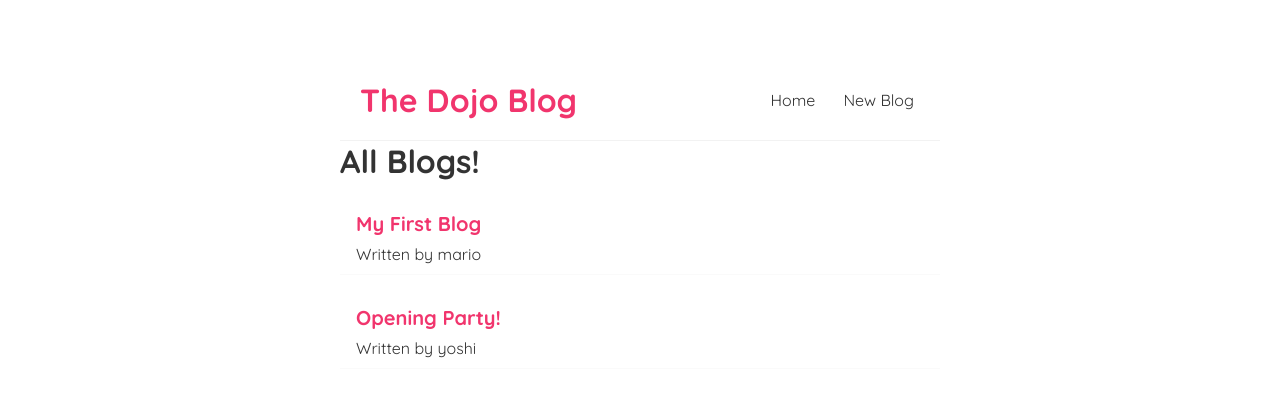
Repository: DESTINYAS/Reactjs
Page: /
An editor plug-in stored every save of this project. The page is shown before and after the next save, followed by the edit.
The browser window is 1280 px wide. The pictures show the whole page.
The page's requests for data from a server got no answer. The project was rebuilt for these pictures with package versions that can differ from the ones it lists, and the page was loaded fresh each time. No one was signed in, and anything a server would have sent is missing. Requests to the local data server were answered from the project's data file.

Above is the page before, as saved 2022-11-30 07:49:03.

### src/index.css
@import url("https://fonts.googleapis.com/css2?family=Quicksand:wght@300;400;500;600;700&display=swap");
/* base styles */
* {
  margin: 0;
  font-family: "Quicksand";
  color: #333;
}
.navbar {
  padding: 20px;
  display: flex;
  align-items: center;
  max-width: 600px;
  margin: 0 auto;
  border-bottom: 1px solid #f2f2f2;
}
.navbar h1 {
  color: #f1356d;
}
.navbar .links {
  margin-left: auto;
}
.navbar a {
  margin-left: 16px;
  text-decoration: none;
  padding: 6px;
}
.navbar a:hover {
  color: #f1356d;
}
.content {
  max-width: 600px;
  margin: 40px auto;
  padding: 20px;
}

/* blog previews / list */
.blog-preview {
  padding: 10px 16px;
  margin: 20px 0;
  border-bottom: 1px solid #fafafa;
}
.blog-preview:hover {
  box-shadow: 1px 3px 5px rgba(0, 0, 0, 0.1);
}
.blog-preview h1 {
  font-size: 20px;
  color: #f1356d;
  margin-bottom: 8px;
}

### src/App.js
import Navbar from "./Navbar";
import Home from "./Home";

function App() {
  return (
    <div className="App">
      <div className="content">
        <Navbar />
        <Home />
      </div>
    </div>
  );
}

export default App;

### src/Navbar.js
const Navbar = () => {
  return (
    <div className="navbar">
      <h1>The Dojo Blog</h1>
      <div className="links">
        <a href="/">Home</a>
        <a href="/create">New Blog</a>
      </div>
    </div>
  );
};

export default Navbar;

### src/Home.js
import { useState, useEffect } from "react";
import BlogList from "./BlogList";

const Home = () => {
  const [blogs, setBlogs] = useState(null);
  const [isPending, setisPending] = useState(true);
  const [error, setError] = useState(null);

  useEffect(() => {
    setTimeout(() => {
      fetch("http://localhost:8000/blogs")
        .then((res) => {
          if (!res.ok) {
            throw Error("Could not fetch the data for that resource");
          }
          // console.log(res);
          return res.json();
        })
        .then((data) => {
          setBlogs(data);
          setisPending(false);
        })
        .catch((err) => {
          console.log(err.message);
          setError(err.message);
        });
    }, 1000);
  }, []);
  return (
    <div className="home">
      {error && <div>{error}</div>}
      {isPending && <div>Loading....</div>}
      {blogs && <BlogList blogs={blogs} title="All Blogs!" />}
    </div>
  );
};

export default Home;

### src/BlogList.js
const BlogList = ({ blogs, title }) => {
  return (
    <div className="blog-list">
      <h1>{title}</h1>
      {blogs.map((blog) => (
        <div className="blog-preview" key={blog.id}>
          <h1>{blog.title}</h1>
          <p>Written by {blog.author}</p>
        </div>
      ))}
    </div>
  );
};

export default BlogList;

Loaded but not shown: public/index.html (common file); src/index.js (common file); data/db.json (common file)

After the next save:
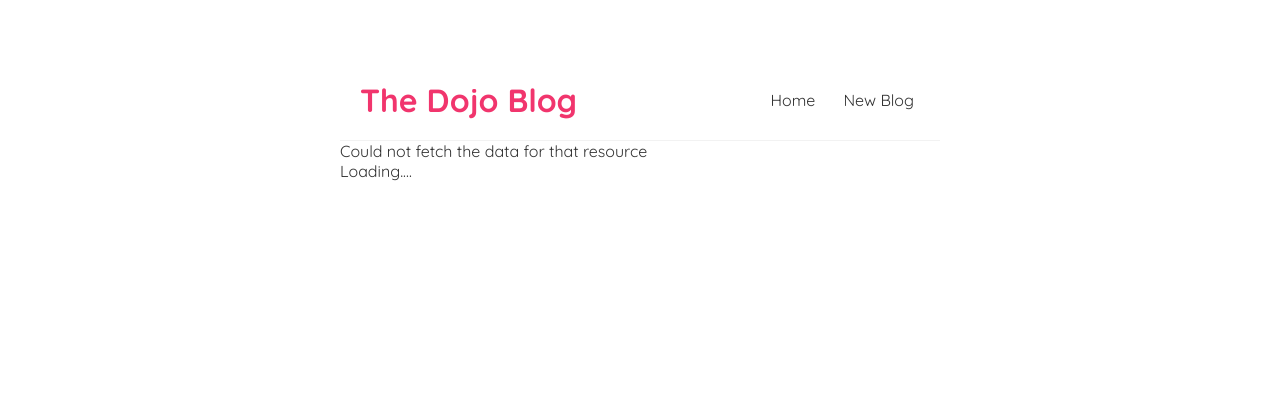
Saved 42 s later.
--- a/src/Home.js
+++ b/src/Home.js
@@ -8,7 +8,7 @@
 
   useEffect(() => {
     setTimeout(() => {
-      fetch("http://localhost:8000/blogs")
+      fetch("http://localhost:8000/blogss")
         .then((res) => {
           if (!res.ok) {
             throw Error("Could not fetch the data for that resource");

After the save that followed:
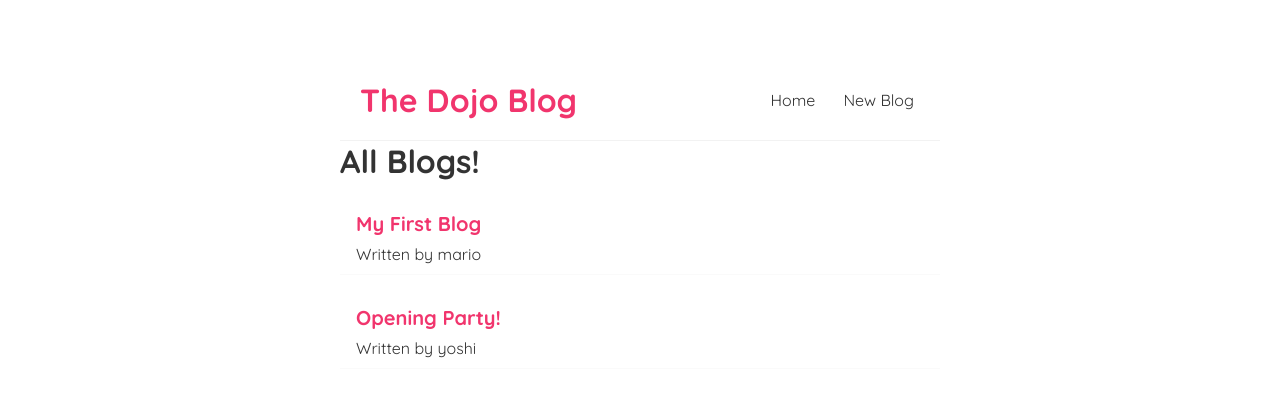
Saved 45 s later.
--- a/src/Home.js
+++ b/src/Home.js
@@ -8,7 +8,7 @@
 
   useEffect(() => {
     setTimeout(() => {
-      fetch("http://localhost:8000/blogss")
+      fetch("http://localhost:8000/blogs")
         .then((res) => {
           if (!res.ok) {
             throw Error("Could not fetch the data for that resource");
